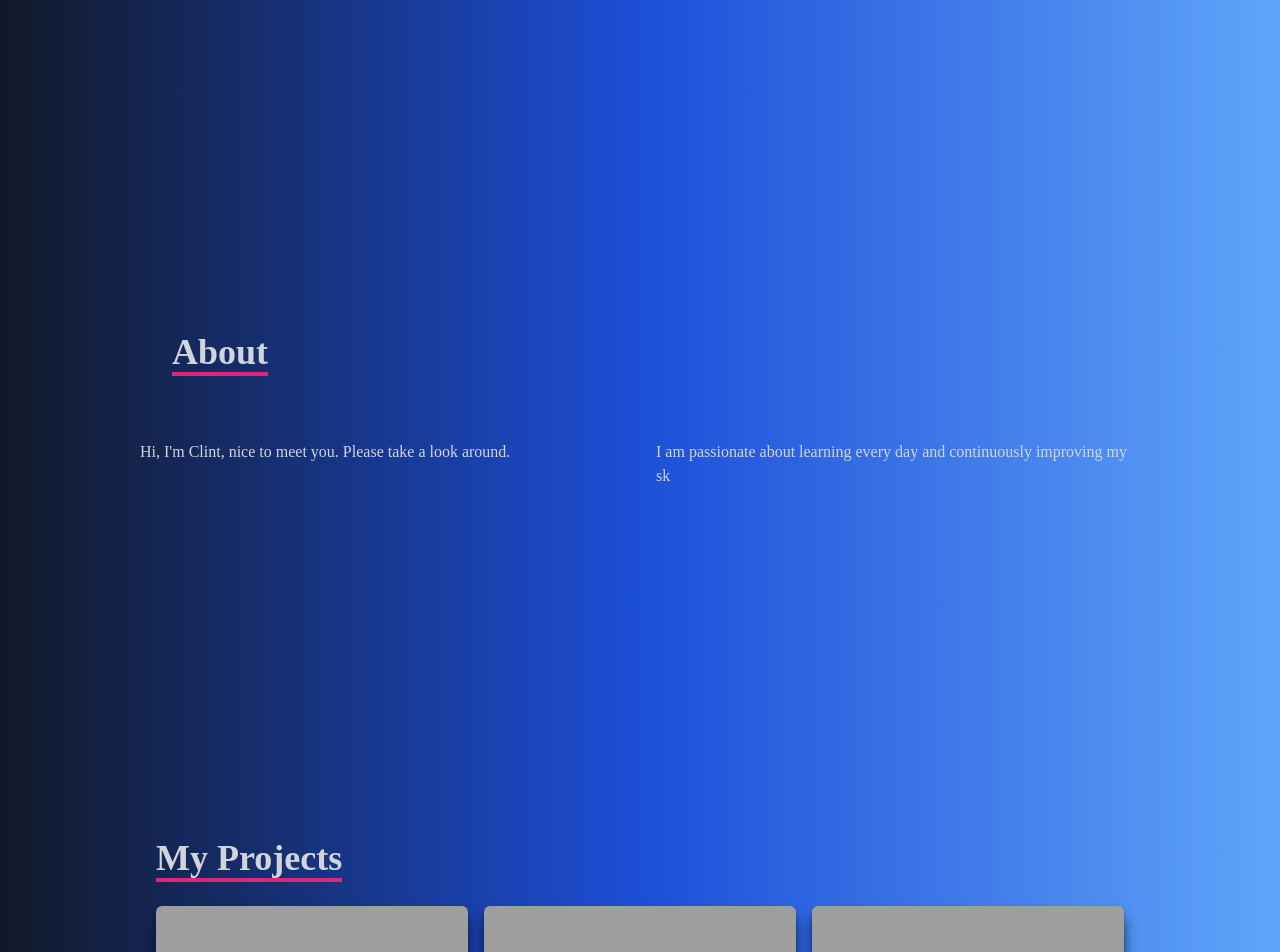
Repository: olichengus/Project-Portfolio
Page: /
An editor plug-in stored every save of this project. The page is shown before and after the next save, followed by the edit.
The browser window is 1280 px wide. The pictures show the part of the page from y = 670 to 1622 px (the page is 2160 px tall).
Pictures or frames that could not be fetched are drawn as grey boxes. The project was rebuilt for these pictures with package versions that can differ from the ones it lists, and the page was loaded fresh each time.

Above is the page before, as saved 2024-02-10 00:27:02.

After the next save:
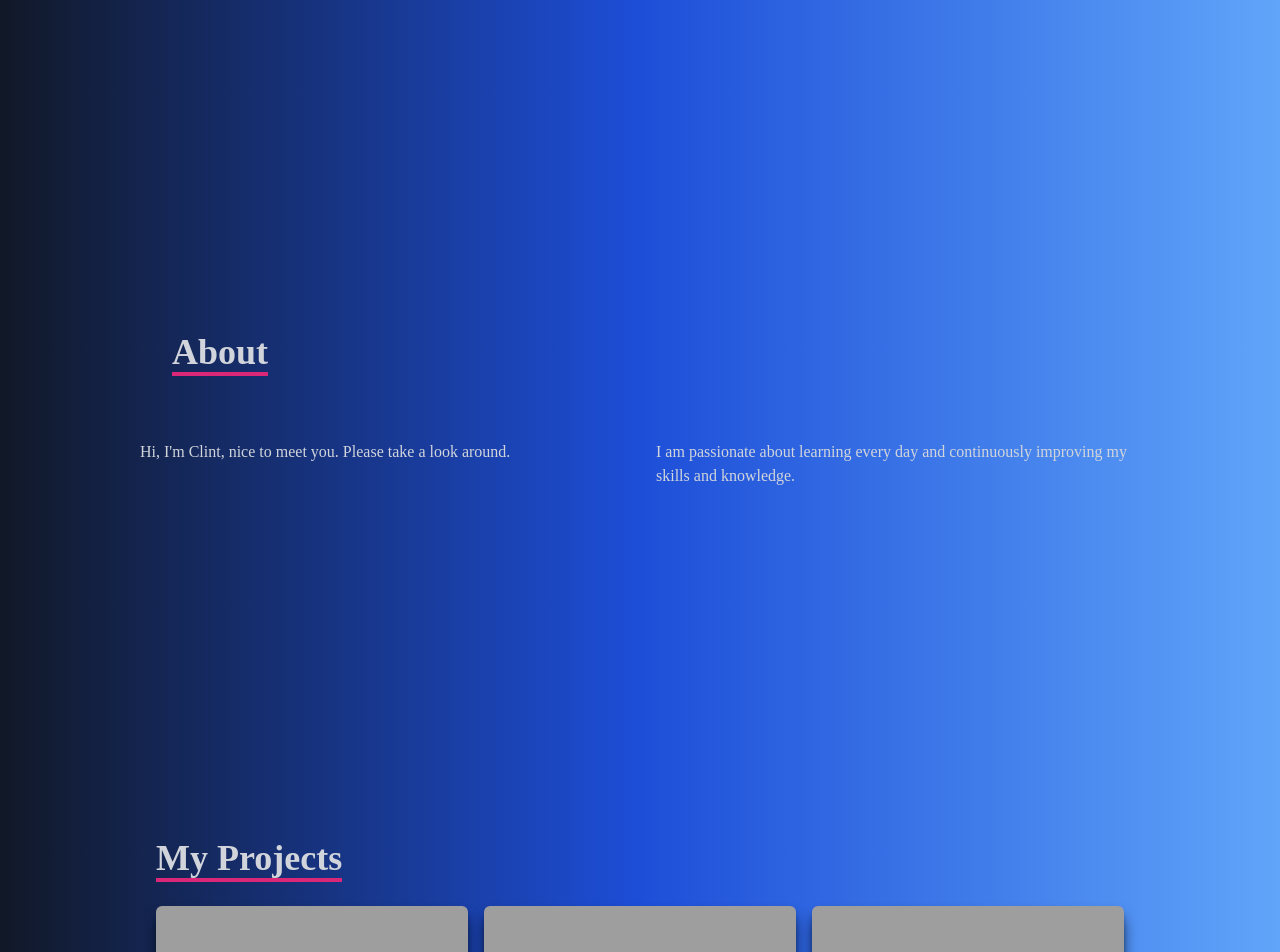
Saved 5 s later.
--- a/src/components/About.jsx
+++ b/src/components/About.jsx
@@ -15,7 +15,7 @@ const About = () => {
                         <p>Hi, I'm Clint, nice to meet you. Please take a look around.</p>
                     </div>
                     <div>
-                        I am passionate about learning every day and continuously improving my sk
+                        I am passionate about learning every day and continuously improving my skills and knowledge.
                     </div>
                 </div>
             </div>
